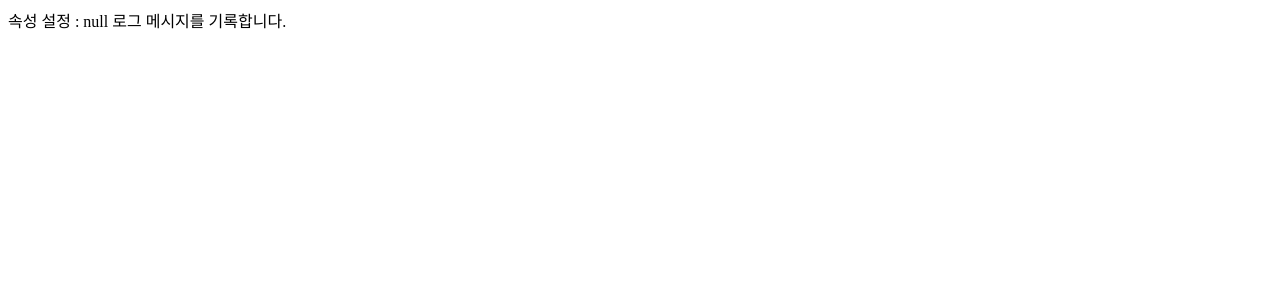
Repository: iwanttogohomenow/jspwork
Page: http://localhost/second/10_01_application01.jsp
These files come from the project's save history. The page is drawn as it stood at one moment and after the next save; the edit follows.
The browser window is 1280 px wide. The pictures show the whole page.
The page is served by Tomcat 9. Other server files are loaded and not shown.

Above is the page before, as saved 2023-03-08 01:46:11.

### second/src/main/webapp/10_01_application01.jsp
<%@ page language="java" contentType="text/html; charset=UTF-8"
	pageEncoding="UTF-8"%>
<!DOCTYPE html>
<%-- <%@ page trimDirectWhitespaces = "true"%> --%>
<html>
<head>
<title>로그 페이지 기록</title>
</head>
<%-- <%application.setAttribute("fruit", "apple"); %> --%>
<body>
	속성 설정 :
	<%=application.getAttribute("fruit")%> <!--setAttribute로 설정된 것만 갖고 올 수 있음(값이 없을땐 null로 반환) , 값을 반환할때 무조건 object형식을 반환(string으로 떼오더라도)  -->
	<!--리퀘스트(파라미터가 아니라서 getAttribute로 얻어와야 함),애플리케이션,세션에 전부 쓸 수 있는 것  -->
	<%
	application.log("로그 메시지 기록");
	/* 콘솔창에 찍힘  */
	%>
	로그 메시지를 기록합니다.

</body>
</html>

After the next save:
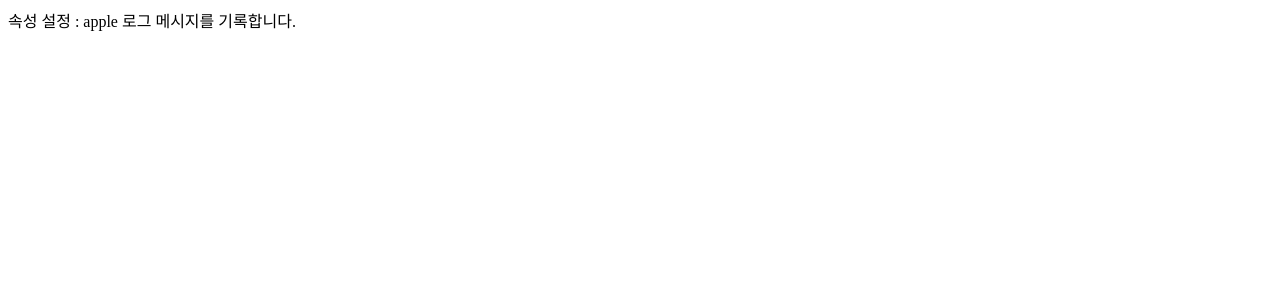
Saved 22 s later.
--- a/second/src/main/webapp/10_01_application01.jsp
+++ b/second/src/main/webapp/10_01_application01.jsp
@@ -6,7 +6,7 @@
 <head>
 <title>로그 페이지 기록</title>
 </head>
-<%-- <%application.setAttribute("fruit", "apple"); %> --%>
+ <%application.setAttribute("fruit", "apple"); %>
 <body>
 	속성 설정 :
 	<%=application.getAttribute("fruit")%> <!--setAttribute로 설정된 것만 갖고 올 수 있음(값이 없을땐 null로 반환) , 값을 반환할때 무조건 object형식을 반환(string으로 떼오더라도)  -->
